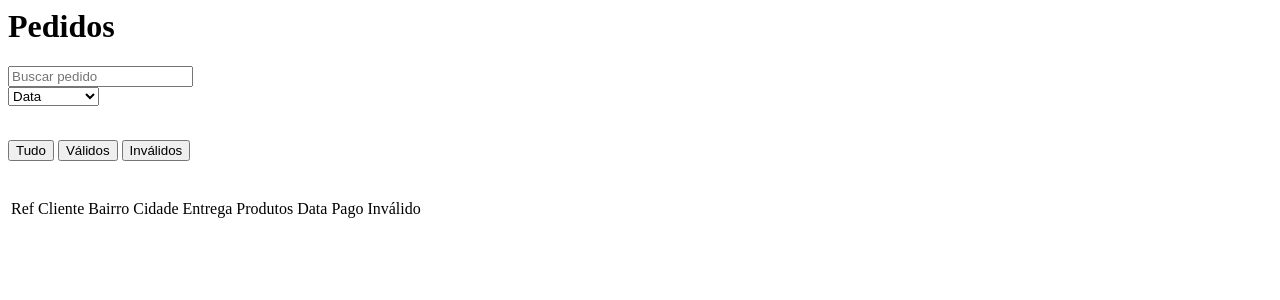
Repository: organicos/organicos.github.io
Page: partials/users/orders.html
The author's editor kept a record of every edit. The page is drawn from the files as they stood at one moment, then again after the next edit.
The browser window is 1280 px wide. The pictures show the whole page.

Above is the page before.

### partials/users/orders.html
<div class="row">

    <div class="col-sm-22 col-sm-offset-1">
        <h1>Pedidos</h1>

        <form class="form-inline text-right">
            <div class="form-group">
        		<input class="form-control input-xs" id="orderQuery" name="orderQuery" ng-model="orderQuery" type="text" placeholder="Buscar pedido">
            </div>
        	<div class="form-group">
                <select class="form-control" id="order" ng-model="selectedOrder">
                    <option value="updated" selected>Data</option>
                    <option value="customer.email">Cliente</option>
                    <option value="district">Bairro</option>
                    <option value="city">Cidade</option>
                    <option value="deliveryOption">Entrega</option>
                    <option value="products">Produto</option>
                    <option value="payment_status">Pagamento</option>
                    <option value="invalid">Inválido</option>
                </select>
        	</div>
        </form>

        <br>

        <div class="btn-group" role="group">
        	<button
        		type="button"
        		class="btn btn-sm btn-primary"
        		ng-class="selectedFilterInvalidValue === '' ? 'active' : ''"
        		ng-click="selectFilterInvalidValue('')"
        	>Tudo</button>
        	<button
        		type="button"
        		class="btn btn-sm btn-primary"
        		ng-class="selectedFilterInvalidValue === false ? 'active' : ''"
        		ng-click="selectFilterInvalidValue(false)"
        	>Válidos</button>
        	<button
        		type="button"
        		class="btn btn-sm btn-primary"
        		ng-class="selectedFilterInvalidValue === true ? 'active' : ''"
        		ng-click="selectFilterInvalidValue(true)"
        	>Inválidos</button>
        </div>

        <br><br>

        <table class="table table-condensed table-stripped table-hover small">
            <thead>
                <tr>
                    <td>Ref</td>
                    <td>Cliente</td>
                    <td>Bairro</td>
                    <td>Cidade</td>
                    <td>Entrega</td>
                    <td>Produtos</td>
                    <td>Data</td>
                    <td>Pago</td>
                    <td ng-if="selectedFilterInvalidValue === ''">Inválido</td>
                </tr>
            </thead>
            <tbody>
                <tr ng-repeat="order in filteredProducts = (orders | filter: orderQuery | orderBy: selectedOrder | filter: {invalid : selectedFilterInvalidValue})">
                    <td><a href="#/order/{{order._id}}" ng-bind="order._id"></a></td>
                    <td><a href="#/user/{{order.customer._id}}" ng-bind="order.customer.name || order.customer.email"></a></td>
                    <td ng-bind="order.shipping.district"></td>
                    <td ng-bind="order.shipping.city"></td>
                    <td ng-bind="order.shipping.deliveryOption"></td>
                    <td ng-bind="order.products.length"></td>
                    <td ng-bind="order.updated | date:'dd/MM/yyyy'"></td>
                    <td><i nf-if="order.pagseguro.transaction.status[0]" class="fa fa-check"></i></td>
                    <td ng-if="selectedFilterInvalidValue === ''"><i class="fa fa-check" ng-if="order.invalid"></i></td>
                </tr>
            </tbody>
        </table>
    </div>
</div>

After the next edit:
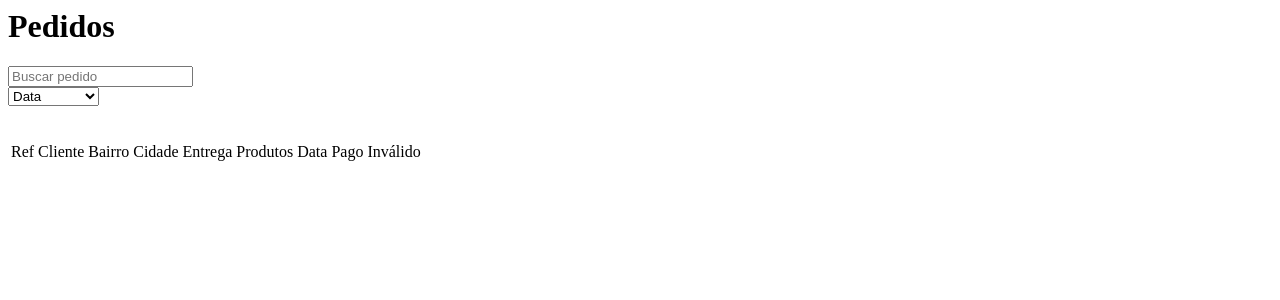
The edit:
--- a/partials/users/orders.html
+++ b/partials/users/orders.html
@@ -22,29 +22,6 @@
         </form>
 
         <br>
-
-        <div class="btn-group" role="group">
-        	<button
-        		type="button"
-        		class="btn btn-sm btn-primary"
-        		ng-class="selectedFilterInvalidValue === '' ? 'active' : ''"
-        		ng-click="selectFilterInvalidValue('')"
-        	>Tudo</button>
-        	<button
-        		type="button"
-        		class="btn btn-sm btn-primary"
-        		ng-class="selectedFilterInvalidValue === false ? 'active' : ''"
-        		ng-click="selectFilterInvalidValue(false)"
-        	>Válidos</button>
-        	<button
-        		type="button"
-        		class="btn btn-sm btn-primary"
-        		ng-class="selectedFilterInvalidValue === true ? 'active' : ''"
-        		ng-click="selectFilterInvalidValue(true)"
-        	>Inválidos</button>
-        </div>
-
-        <br><br>
 
         <table class="table table-condensed table-stripped table-hover small">
             <thead>
